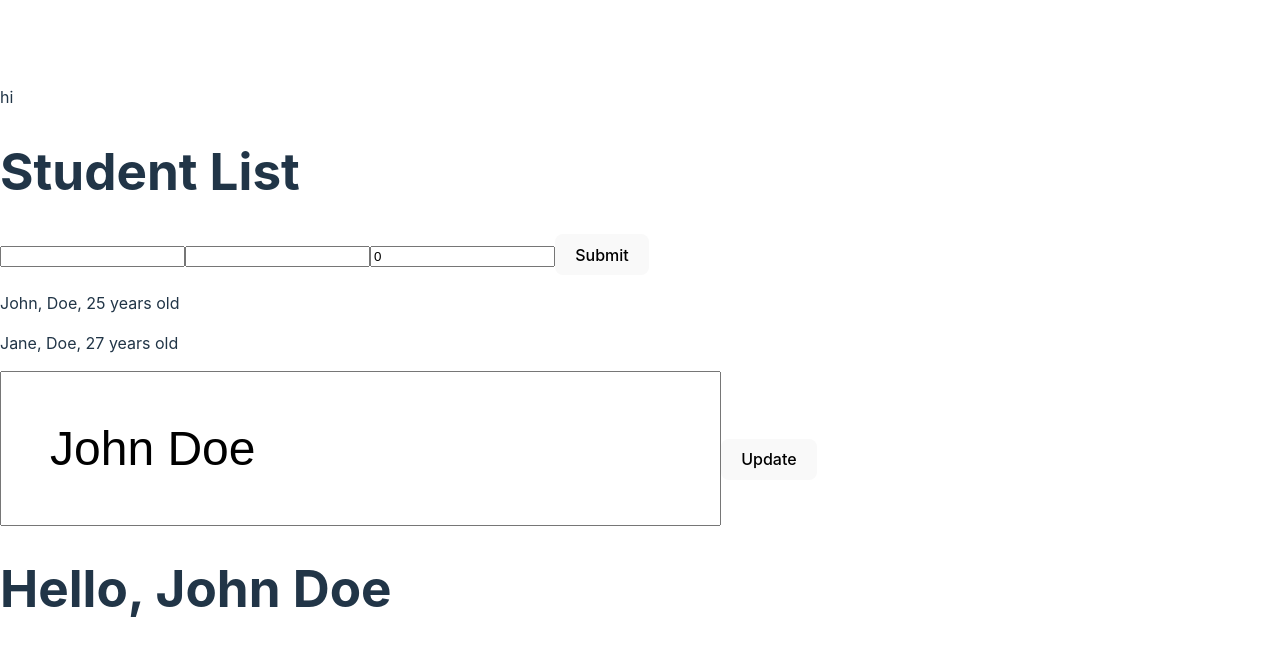
Repository: Jennica1/FRONT_END_WEEK06
Page: / (app in react/)
These files come from the project's save history. The page is drawn as it stood at one moment and after the next save; the edit follows.
The browser window is 1280 px wide. The pictures show the whole page.
The project was rebuilt for these pictures with package versions that can differ from the ones it lists, and the page was loaded fresh each time. Also part of the build but not shown: react/vite.config.js.

Above is the page before, as saved 2024-10-10 11:55:51.

### react/src/App.jsx
import { useState } from 'react';
import reactLogo from './assets/react.svg';
import viteLogo from '/vite.svg';
import TaskForm from './components/TaskForm';



function App() {

  return (
    <>
    <p>hi</p>
     <TaskForm/>
    </>
  )
}

export default App

### react/src/components/TaskForm.jsx
import { useState } from 'react'

//renders an input box and a button for creating new tasks.
//Decide where the shared state should live. This is where you would also want to define the functions for updating the app state, including:

//a function for toggling the complete status of a task
//a function for adding a new task

//a function for deleting a task


const data = [
  {
    id: 1,
    firstName: 'John',
    lastName: 'Doe',
    age: 25
  },
  {
    id: 2,
    firstName: 'Jane',
    lastName: 'Doe',
    age: 27
  },
]
function TaskForm() {

  const [name, setName] = useState('John Doe');
  const [students, setStudent] = useState(data);

  const [studentData, setStudentData] = useState({
    firstName: '',
    lastName: '',
    age: 0,
  });

  const studentListUI = students.map((student, index) => <p key={index}>{student.firstName}, {student.lastName}, {student.age} years old</p>
  );


  function handleSubmit(e) {
    e.preventDefault();
    const formData = new formData(e.target); //e.target == form
    name == formData.get('name');

    setName(formData.get(name));
    console.log(name);
  }

  function handleChange(e) {
    setName(e.target.value);

  }

  function handleFirstName(e) {
    setStudentData({ ...studentData, firstName: e.target.value })
  };

  function handleAddStudent(e) {
    e.preventDefault();
    setStudent([...students, studentData]);
  }

  return (
    <>
      <h1>Student List</h1>
      <form onSubmit={handleAddStudent}>
        <input type='text' value={studentData.firstName} onChange={handleFirstName} />

        <input type='text' value={studentData.lastName}
          onChange={(e) => setStudentData({ ...studentData, lastName: e.target.value })} />
        <input type='number' value={studentData.age}
          onChange={(e) => setStudentData({ ...studentData, age: e.target.value })} />

        <button>Submit</button>
      </form>
      {studentListUI}
      <form onSubmit={handleSubmit} >
        <input
          type="text"
          name="name"
          value={name}
          onChange={handleChange}
          style={{ fontSize: '3em', padding: '1em' }}
        />
        <button>Update</button>
      </form>
      <h1>Hello, {name}</h1>
      <Tile />
    </>
  )
}

function random(n) {
  return Math.floor(Math.random() * n);
}

function Tile() {
  const [color, setColor] = useState('red');

  function handleClick() {
    const red = random(255);
    const green = random(255);
    const blue = random(255);

    const newColor = `rgb(${red} ${green} ${blue})`;
    setColor(newColor);
  }

  return <div className='tile' style={{ background: color }}
    onClick={handleClick} />;
}
export default TaskForm

Loaded but not shown: react/index.html (common file); react/src/main.jsx (common file); react/src/index.css (common file); react/src/App.css (common file)

After the next save:
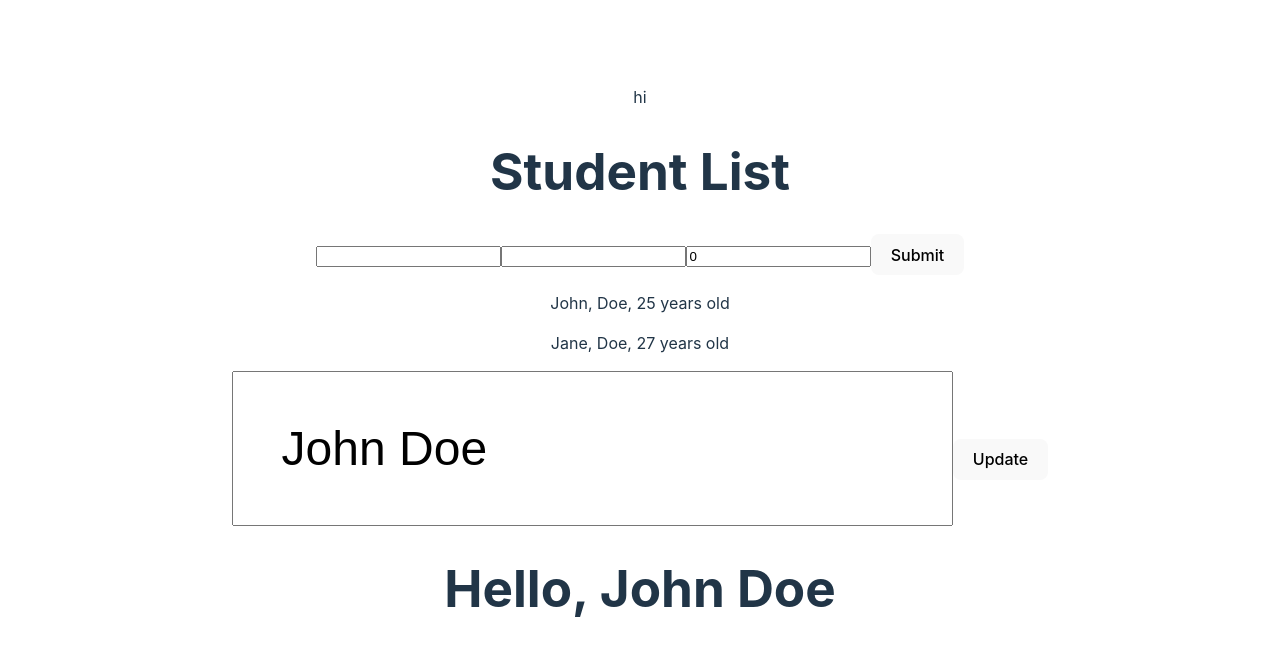
Saved 31 s later.
--- a/react/src/App.jsx
+++ b/react/src/App.jsx
@@ -2,7 +2,7 @@ import { useState } from 'react';
 import reactLogo from './assets/react.svg';
 import viteLogo from '/vite.svg';
 import TaskForm from './components/TaskForm';
-
+import './App.css';
 
 
 function App() {
